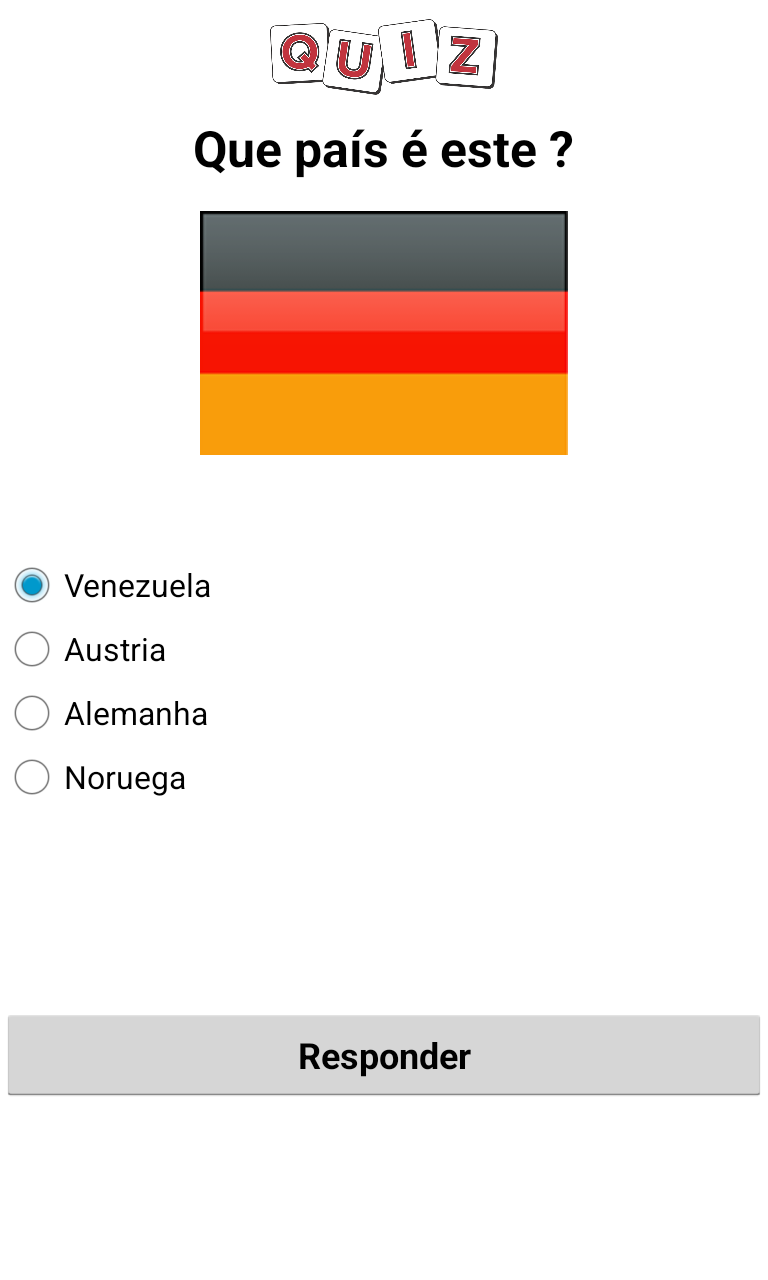
Repository: Rennanxp2/AndroidQuiz
Layout: Quiz Bandeiras Android/Quiz/res/layout/activity_quiz10.xml
An editor plug-in stored every save of this project. The layout is shown before and after the next save, followed by the edit.
It is drawn on a 768 x 1280 px phone screen (xhdpi) without system bars, with theme AppTheme; the app's code is not run.

Above is the layout before, as saved 2017-10-22 03:43:34.

After the next save:
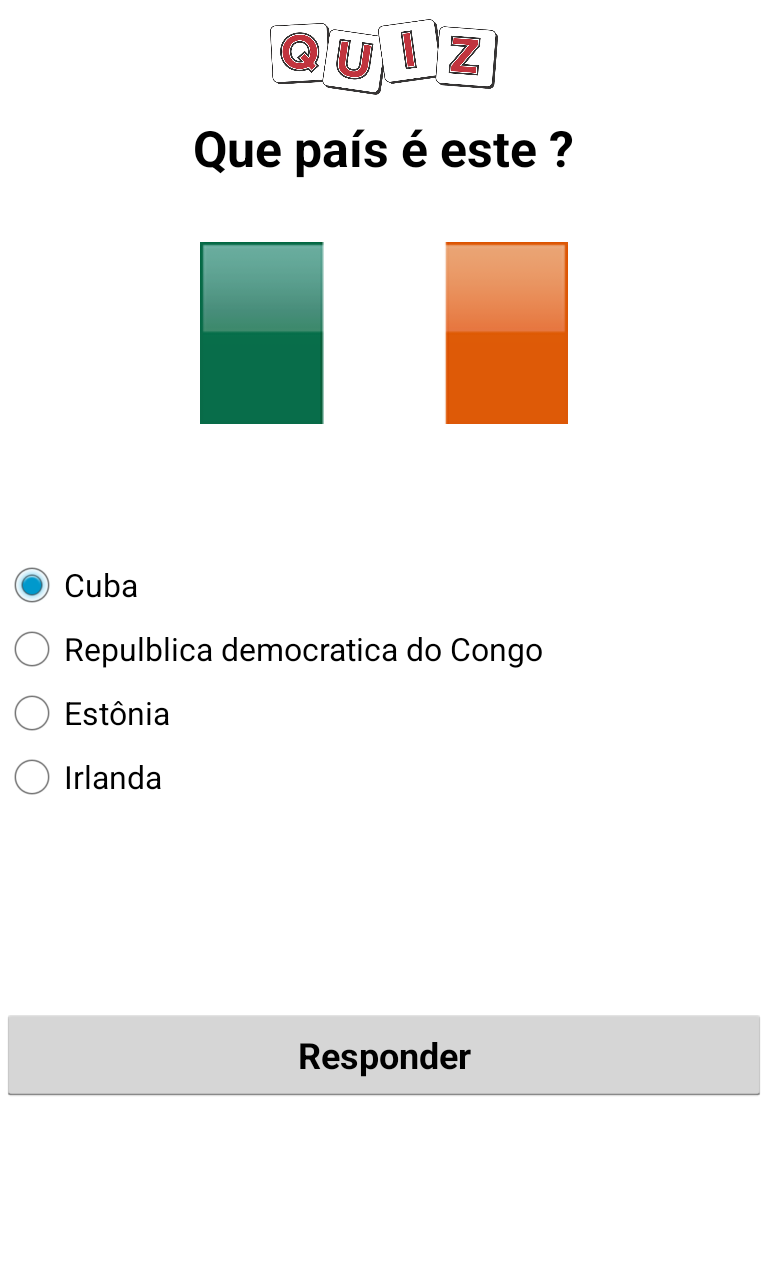
Saved 97 s later.
--- a/Quiz Bandeiras Android/Quiz/res/layout/activity_quiz10.xml
+++ b/Quiz Bandeiras Android/Quiz/res/layout/activity_quiz10.xml
@@ -49,7 +49,7 @@
             android:layout_width="184dp"
             android:layout_height="152dp"
             android:layout_gravity="center"
-            android:src="@drawable/alemanha" />
+            android:src="@drawable/irlanda" />
     </LinearLayout>
 
     <RelativeLayout
@@ -69,25 +69,25 @@
                 android:layout_width="wrap_content"
                 android:layout_height="wrap_content"
                 android:checked="true"
-                android:text="Venezuela" />
+                android:text="Cuba" />
 
             <RadioButton
                 android:id="@+id/rbResposta2"
                 android:layout_width="wrap_content"
                 android:layout_height="wrap_content"
-                android:text="Austria" />
+                android:text="Repulblica democratica do Congo" />
 
             <RadioButton
                 android:id="@+id/rbResposta3"
                 android:layout_width="wrap_content"
                 android:layout_height="wrap_content"
-                android:text="Alemanha" />
+                android:text="Estônia" />
 
             <RadioButton
                 android:id="@+id/rbResposta4"
                 android:layout_width="wrap_content"
                 android:layout_height="wrap_content"
-                android:text="Noruega" />
+                android:text="Irlanda" />
         </RadioGroup>
 
     </RelativeLayout>
